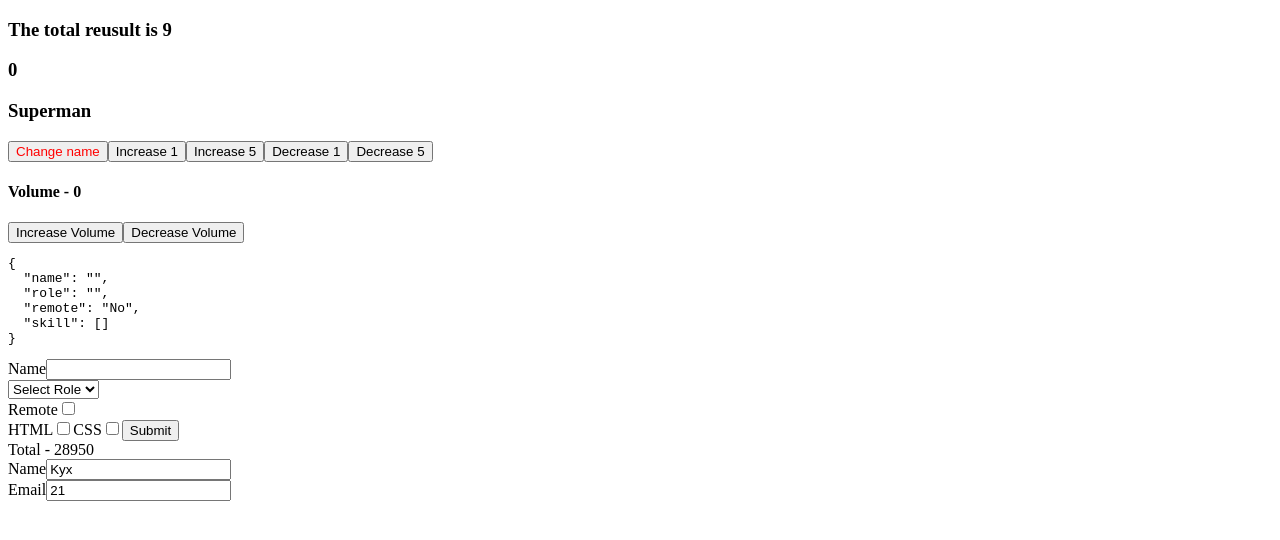
Repository: KZH2001/Vue_Practice
Page: / (app in Tutorial/)
The author's editor kept a copy of each file at every save. The page is drawn from the files as they stood at one save, then again after the next save.
The browser window is 1280 px wide. The pictures show the whole page.
The project was rebuilt for these pictures with package versions that can differ from the ones it lists, and the page was loaded fresh each time. Also part of the build but not shown: Tutorial/vite.config.js.

Above is the page before, as saved 2026-01-21 09:34:15.

After the next save:
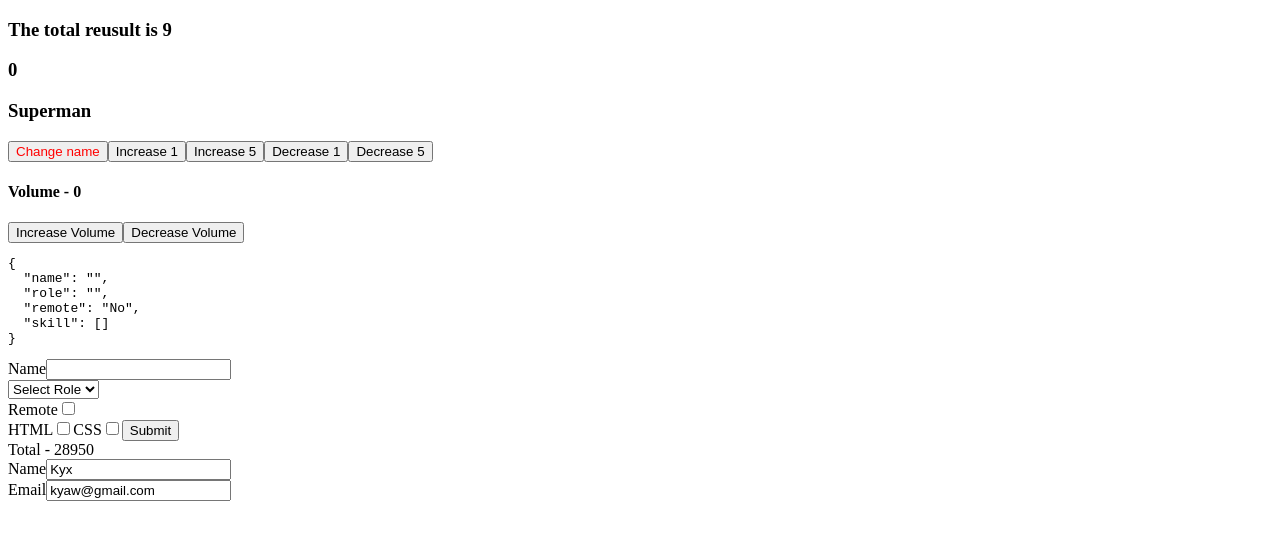
Saved 5 s later.
--- a/Tutorial/src/App.vue
+++ b/Tutorial/src/App.vue
@@ -103,7 +103,7 @@
             ],
             person: {
           name: "Kyx",
-          email: 21,
+          email: "kyaw@gmail.com",
             },
             volume: 0,
 
